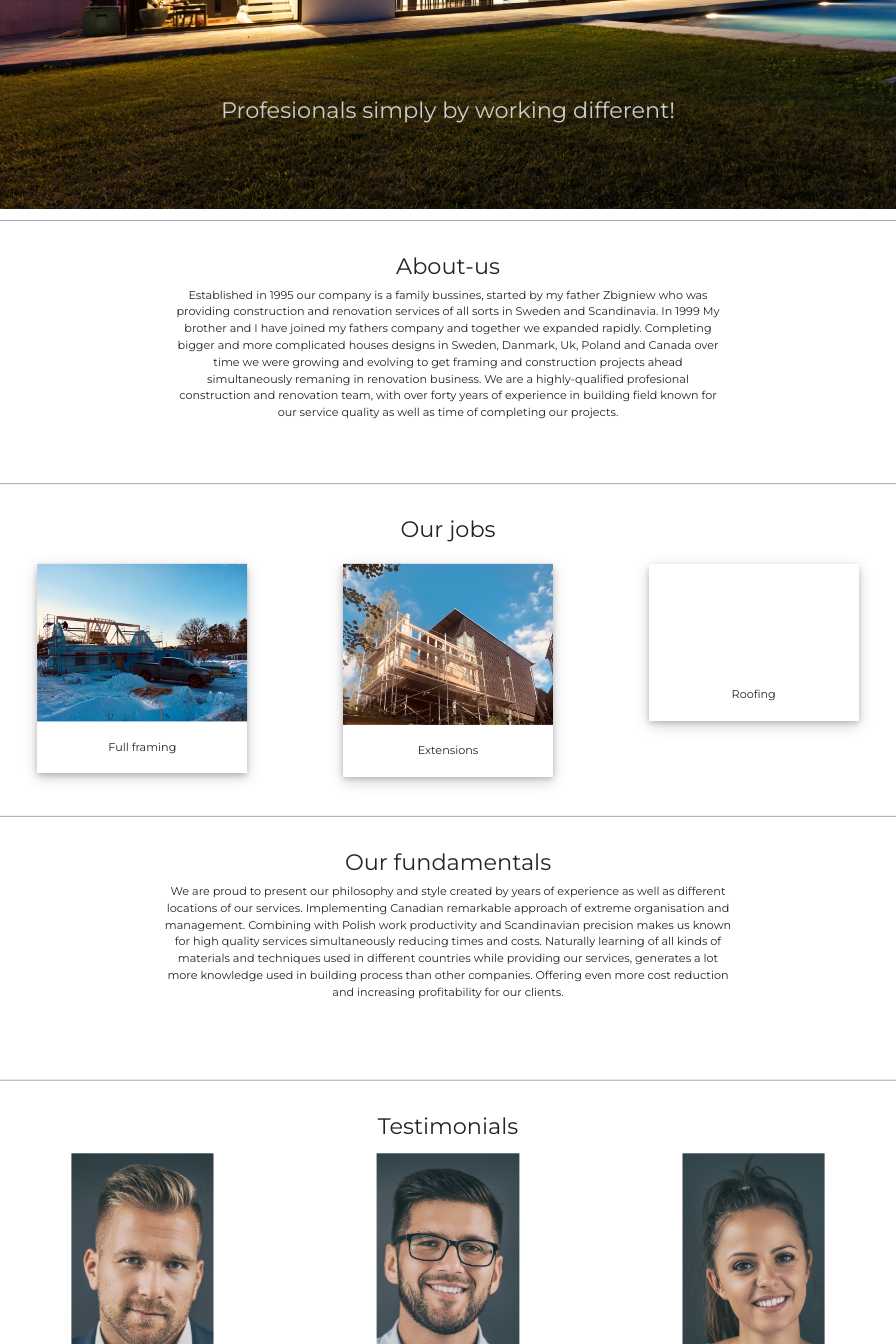
Repository: Bartie1982/milestone-project-1
Page: index.html
The author's editor kept a record of every edit. The page is drawn from the files as they stood at one moment, then again after the next edit.
The browser window is 1280 px wide. The pictures show the part of the page from y = 502 to 2422 px (the page is 2941 px tall), at 70% of full size.

Above is the page before.

After the next edit:
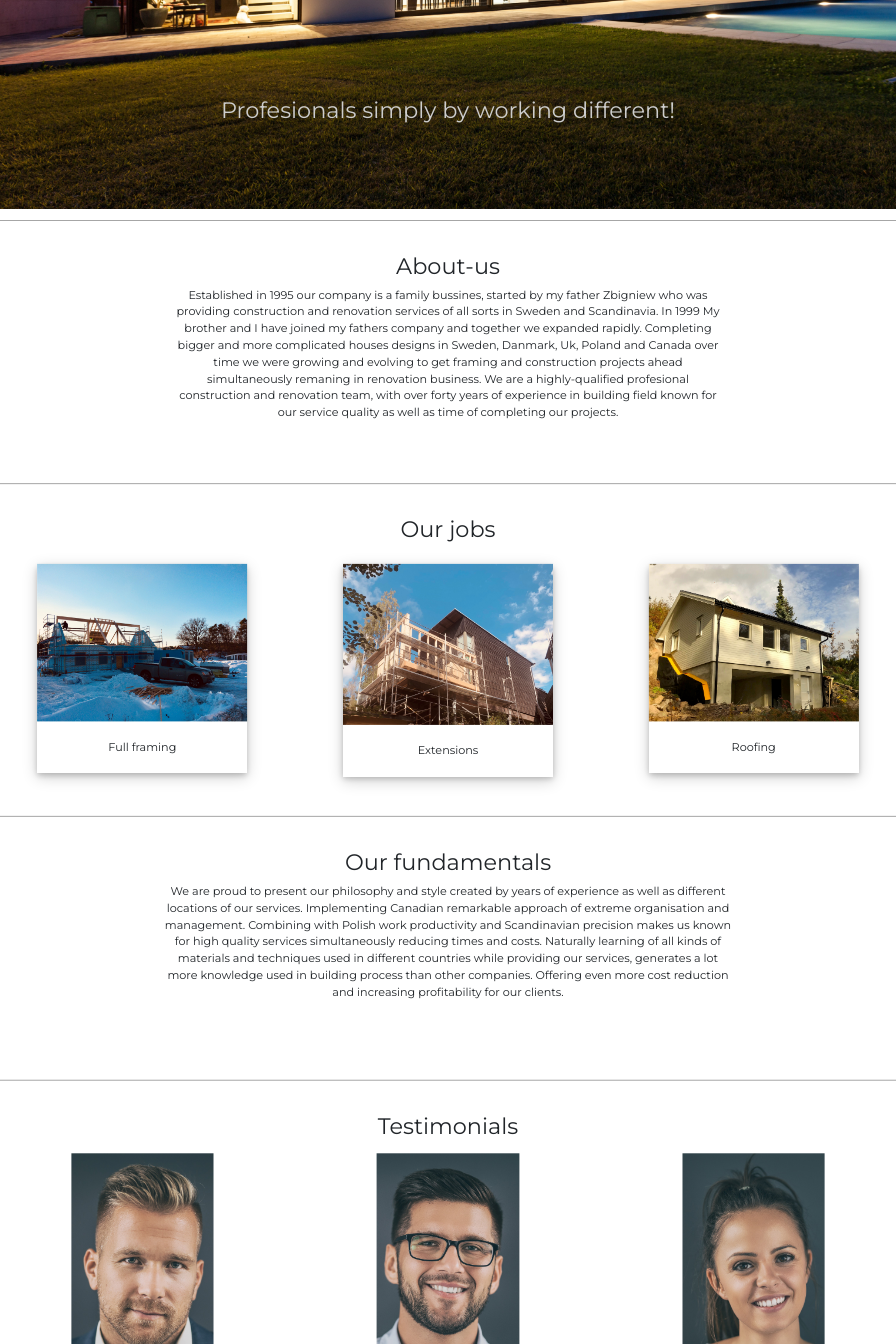
The edit:
--- a/index.html
+++ b/index.html
@@ -103,7 +103,7 @@
                         </div>
                         <div class="col-sm-12 col-md-12 col-lg-4">
                             <div class="polaroid">
-                        <img src="./assets/images/tak-arbetet.jpg" alt="Roofing" style="width:100%">
+                        <img src="./assets/images/akersberga-ed.jpg" alt="Roofing" style="width:100%">
                              <div class="container p">
                              <p>Roofing</p>
                          </div>
